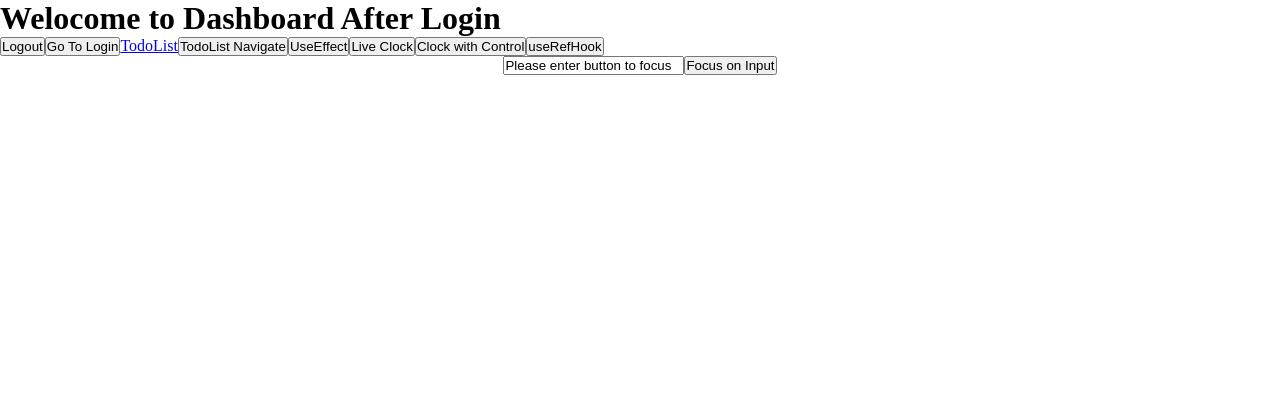
Repository: harshrathore123/ReactPractice
Page: /dashboard/useRefHook (app in my-app/)
An editor plug-in stored every save of this project. The page is shown before and after the next save, followed by the edit.
The browser window is 1280 px wide. The pictures show the whole page.
The project was rebuilt for these pictures with package versions that can differ from the ones it lists, and the page was loaded fresh each time. Also part of the build but not shown: my-app/vite.config.js, my-app/src/component/Desctructuing.jsx, my-app/src/component/FirstName.jsx, my-app/src/component/Increment.jsx, my-app/src/component/Event.jsx, my-app/src/component/Form.jsx, my-app/src/component/Rendering.jsx, my-app/src/component/RenderingList.jsx and 7 more.

Above is the page before, as saved 2025-10-13 12:50:07.

### my-app/src/App.jsx
import './App.css';
import Destructuring from './component/Desctructuing';
import FirstName from './component/FirstName';
import Increment from './component/Increment';
import Event from './component/Event';
import Form from './component/Form';
import Rendering from './component/Rendering';
import RenderingList from './component/RenderingList';
import TodoList from './component/TodoList';
import {BrowserRouter, Routes, Route} from 'react-router-dom';
import Products from './component/Products';
import ProductDetails from './component/ProductDetails';
import Login from './component/Login';
import Dashboard from './component/Dashboard';
import UseEffect from './component/use_Effect';
import UseState_UseEffect from './component/Hooks/UseState_UseEffect';
import ClockWithControl from './component/Hooks/ClockWithControl';
import UseRefHook from './component/Hooks/useRefHook';

function App() {
  return (
    <>
    {/* <FirstName name="Harsh Rathore" age="23"/>
    <Destructuring batch="mern" internship_exp="4month"/>
    <Increment/>
    <Event intro="Hi I am harsh rathore"/>
    <Form/>
    <Rendering isLoggedIn={false}/>
    <RenderingList/>

    <TodoList/> */}
  <BrowserRouter>
      <Routes>
        {/* Parent route for products */}
        <Route path="/products" element={<Products />}>
          {/* Nested route inside /products */}
          <Route path=":id" element={<ProductDetails />} />
        </Route>

        <Route path='/login' element={<Login/>}/>
        <Route path='/dashboard' element={<Dashboard/>}>
        {/* Nested another component inside dashboard */}
          <Route path='todolist' element={<TodoList/>}/>
          <Route path='useeffect' element={<UseEffect/>}/>
          <Route path='live_clock' element={<UseState_UseEffect/>}/>
          <Route path='clockwithcontrol' element={<ClockWithControl/>}/>
          <Route path='useRefHook' element={<UseRefHook/>}/>
        </Route>

      </Routes>
    </BrowserRouter>


    </>
  )
}

export default App

### my-app/src/component/Dashboard.jsx
import { Link,Outlet, useNavigate } from "react-router-dom"
export default function Dashboard(){
    const navigate = useNavigate();
    const gotoLogin = () =>{
        navigate('/login');
    }

    const todolistNavigate = () =>{
        navigate('/dashboard/todolist');
    }

    return(
        <>
        <h1>Welocome to Dashboard After Login</h1>

        <button onClick={()=>navigate('/login')}>Logout</button>
        <button onClick={gotoLogin}>Go To Login</button>

        <Link to="todolist">TodoList</Link>
        <button onClick={todolistNavigate}>TodoList Navigate</button>
        <button onClick={()=>navigate('/dashboard/useeffect')}>UseEffect</button>
        <button onClick={()=>navigate('/dashboard/live_clock')}>Live Clock</button>
        <button onClick={()=>navigate('/dashboard/clockwithcontrol')}>Clock with Control</button>
        <button onClick={()=>navigate('/dashboard/useRefHook')}>useRefHook</button>
        <Outlet/>
        </>
    )
}

### my-app/src/component/Hooks/useRefHook.jsx
export default function UseRefHook(){

    const focusInput = () =>{

    }
    return(
        <>
        <div className="coainer" style={{display:"flex",justifyContent:"center",alignContent:"center"}}>
        <input type="text" placeholder="Please enter button to focus" />
        <button onClick={focusInput}>Focus on Input</button>
        </div>

        </>
    )
}

### my-app/src/component/TodoList.css
*{
    margin: 0;
    padding: 0;
    box-sizing: border-box;
}

.container{
    width: 100%;
    height: 100vh;
    background-image: url('https://encrypted-tbn0.gstatic.com/images?q=tbn:ANd9GcR6epnd0KtuwAaygjj-Ls7D5RjgwV_ijX_qUQ&s');
    background-repeat: no-repeat;
    background-size: cover;
    position:relative;
}

.todobox{
    width: 400px;
    height: auto;
    position: absolute;
    top: 100px;
    left:200px;
    background: transparent;
    border-radius: 20px;
    box-shadow: 0 0 20px black;
}

#headline{
    text-align: center;
    padding: 20px;
    color: blue;
}

#task{
    width: 350px;
    height: 38px;
    border-radius: 20px;
    border: 2px solid blue;
    position: absolute;
    left: 30px;
    top: 90px;
    padding: 20px;
    outline:none;
}

input::placeholder{
    color: black;
}

input:hover{
    outline: none;
}

.addtask{
    position: absolute;
    top:91px;
    right: 20px;
    width: 80px;
    height: 41px;
    border-radius: 20px;
    border: none;
    padding: 10px;
    background: transparent;
    outline: none;
    cursor: pointer;
    background-color: blue;
    color: white;
}

.ul_list {
  margin-top: 90px;
  list-style: none;
  padding: 30px;
}

.ul_list li {
  padding: 10px;
  background: #f4f4f4;
  margin-bottom: 8px;
  border-radius: 5px;
  display: flex;
  justify-content: space-between;
  align-items: center;
}

Loaded but not shown: my-app/index.html (common file); my-app/src/main.jsx (common file); my-app/src/App.css (common file)

After the next save:
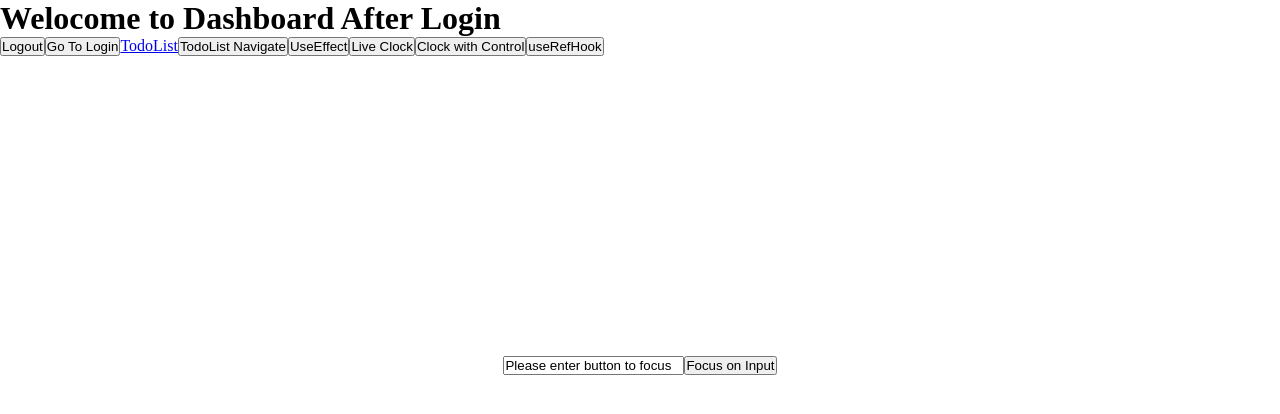
Saved 7 s later.
--- a/my-app/src/component/Hooks/useRefHook.jsx
+++ b/my-app/src/component/Hooks/useRefHook.jsx
@@ -5,7 +5,7 @@ export default function UseRefHook(){
     }
     return(
         <>
-        <div className="coainer" style={{display:"flex",justifyContent:"center",alignContent:"center"}}>
+        <div className="coainer" style={{display:"flex",justifyContent:"center",alignContent:"center",marginTop:"300px"}}>
         <input type="text" placeholder="Please enter button to focus" />
         <button onClick={focusInput}>Focus on Input</button>
         </div>
